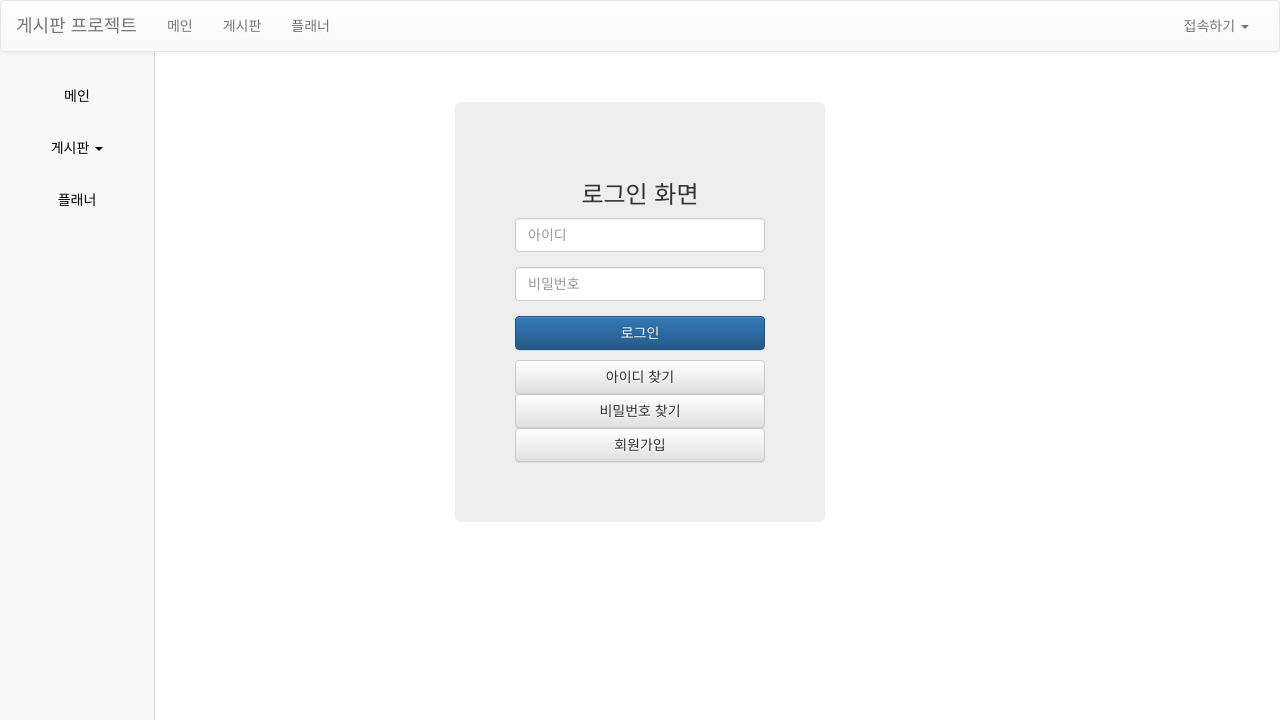
Repository: Seok7975/Project_PlannerSharingBoard
Page: http://localhost/ToDoList공유_게시판_ver3/id/login.jsp
These files come from the project's save history. The page is drawn as it stood at one moment and after the next save; the edit follows.
The browser window is 1280 px wide. The pictures show the whole page.
Some web libraries are served in a nearby version. The page is served by Tomcat 9.

Above is the page before, as saved 2024-07-05 06:16:57.

After the next save:
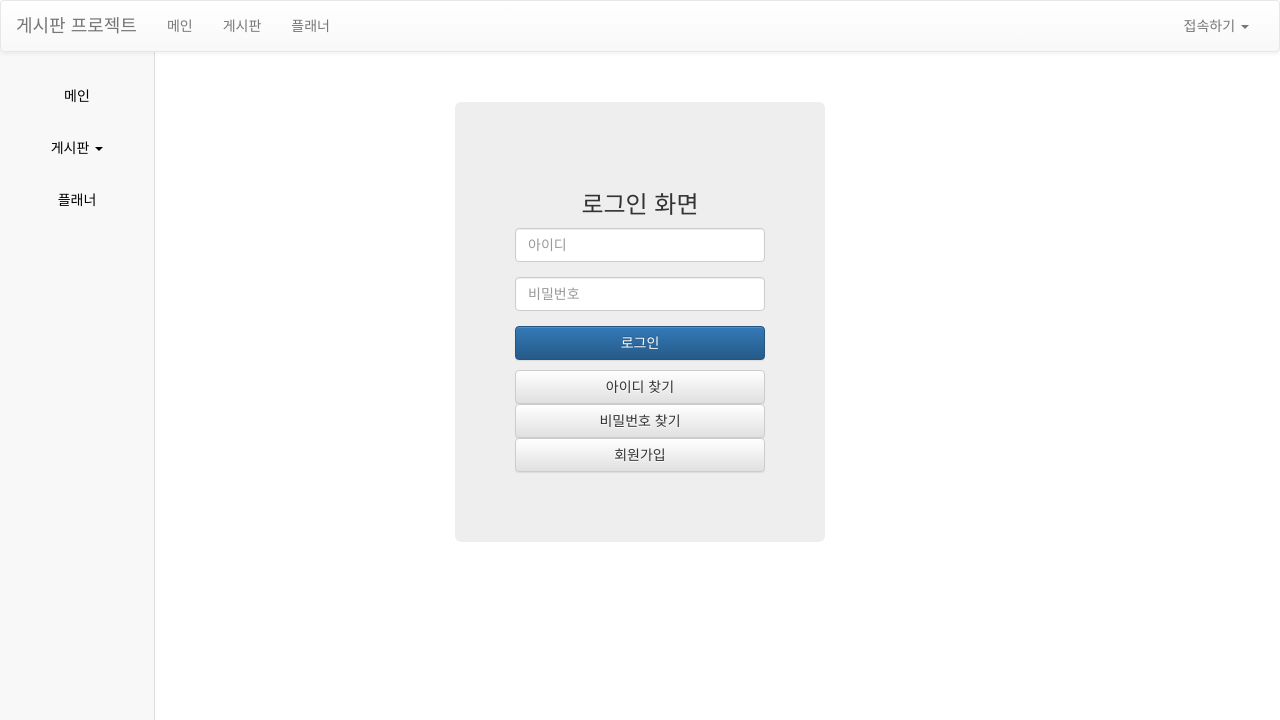
Saved 15 s later.
--- a/List_Projects_ver3/ToDoList공유 게시판_ver3/src/main/webapp/css/idStyle.css
+++ b/List_Projects_ver3/ToDoList공유 게시판_ver3/src/main/webapp/css/idStyle.css
@@ -122,7 +122,7 @@
     }
 
     .jumbotron {
-        padding: 60px;
+        padding: 70px;
         text-align: center;
     }
 

After the save that followed:
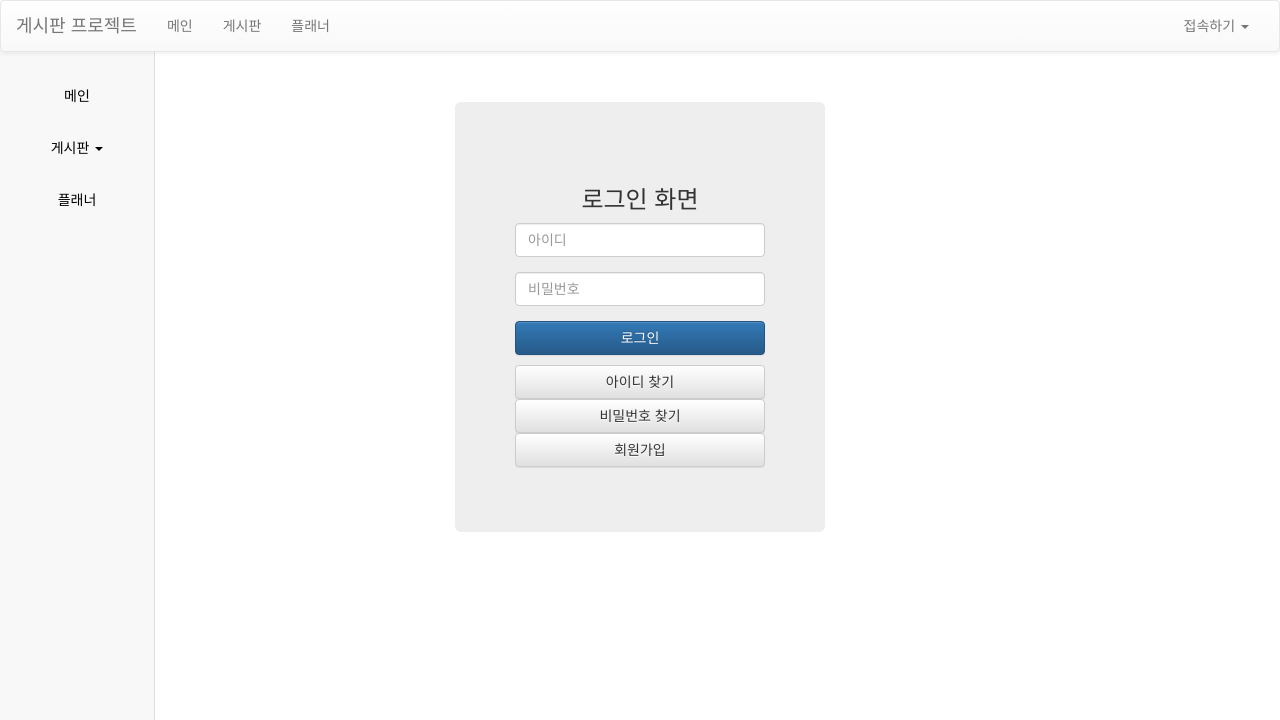
Saved 11 s later.
--- a/List_Projects_ver3/ToDoList공유 게시판_ver3/src/main/webapp/css/idStyle.css
+++ b/List_Projects_ver3/ToDoList공유 게시판_ver3/src/main/webapp/css/idStyle.css
@@ -122,7 +122,7 @@
     }
 
     .jumbotron {
-        padding: 70px;
+        padding: 65px;
         text-align: center;
     }
 
